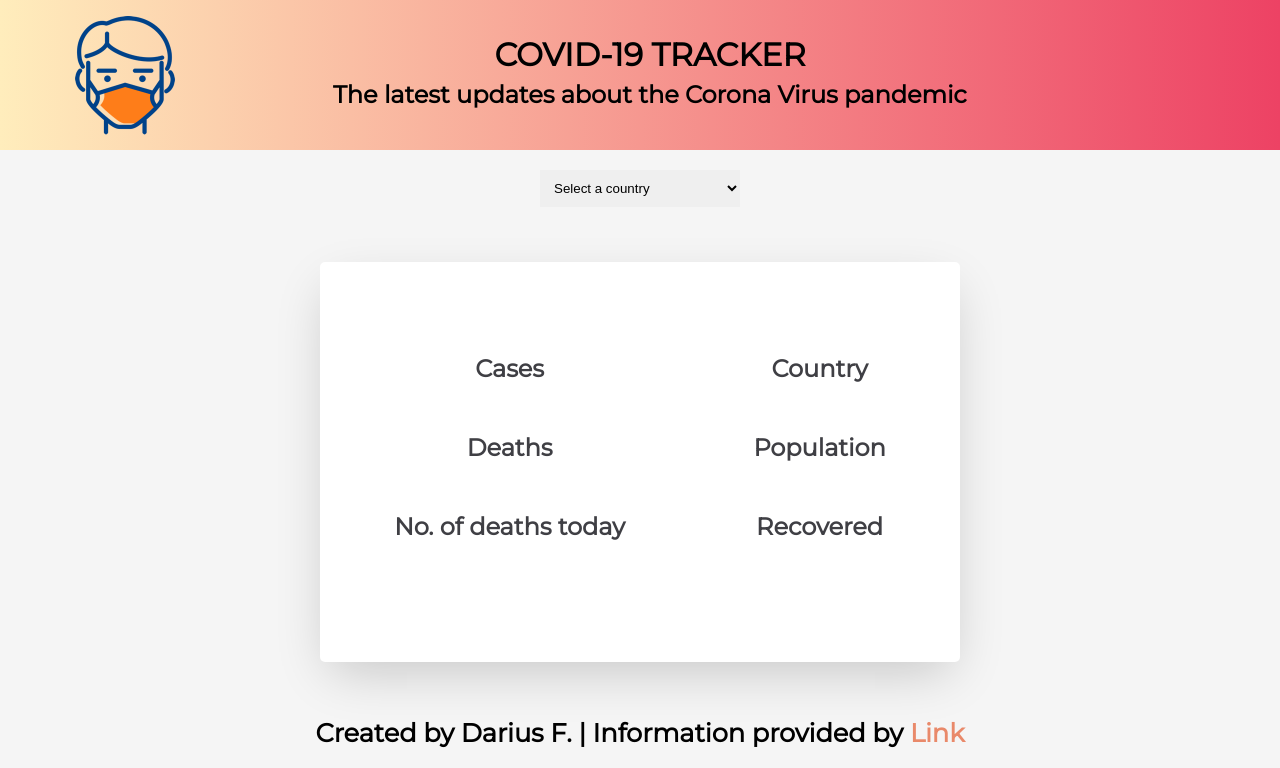
Repository: dariusfarcasanu/Covid-Tracker
Page: index.html
The author's editor kept a copy of each file at every save. The page is drawn from the files as they stood at one save, then again after the next save.
The browser window is 1280 px wide. The pictures show the whole page.
The page's requests for data from a server got no answer.

Above is the page before, as saved 2021-05-12 16:24:00.

After the next save:
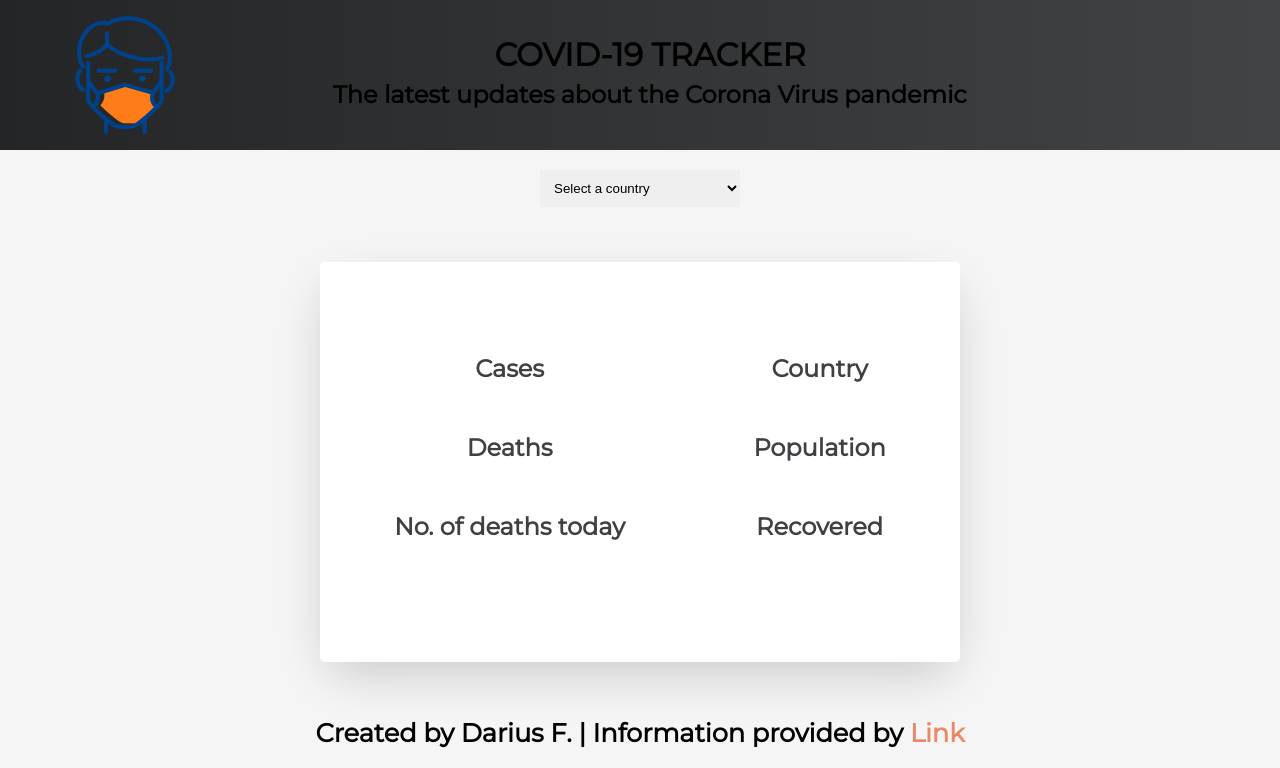
Saved 24 s later.
--- a/styles.css
+++ b/styles.css
@@ -24,7 +24,7 @@ h3 {
 header {
   /* background: linear-gradient(to right, #ff9068, #fd746c); */
 
-  background: linear-gradient(to right, #ffedbc, #ed4264);
+  background: linear-gradient(to right, #232526, #414345);
 
   text-align: center;
   line-height: 2.5rem;
